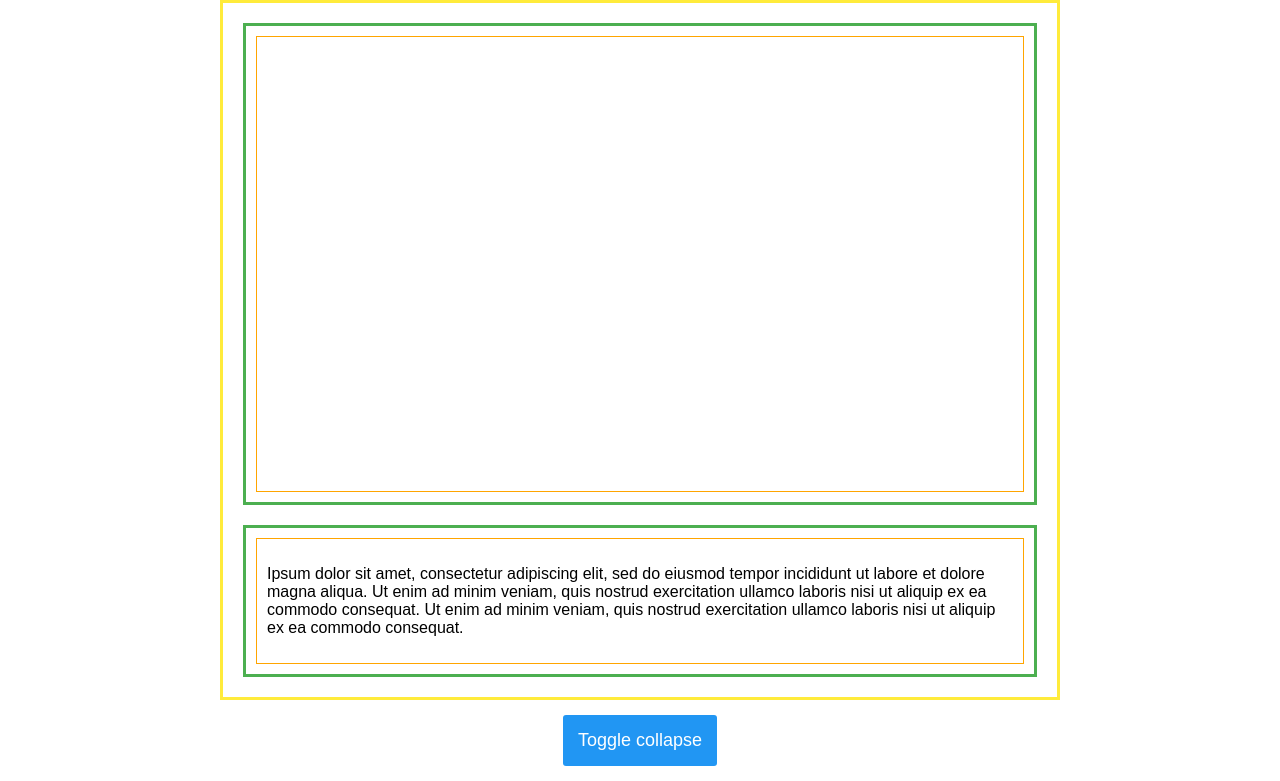
Repository: dsbarnes/groovy-blog
Page: index.html
An editor plug-in stored every save of this project. The page is shown before and after the next save, followed by the edit.
The browser window is 1280 px wide. The pictures show the whole page.
After loading, the first visible `#toggle-button` was clicked once.
An inner scrolling area shows only its first screen. The style sheet was rebuilt from its Sass, Less or Tailwind sources for each picture, by a compiler version that may differ from the author's.

Above is the page before, as saved 2020-05-09 12:54:35.

After the next save:
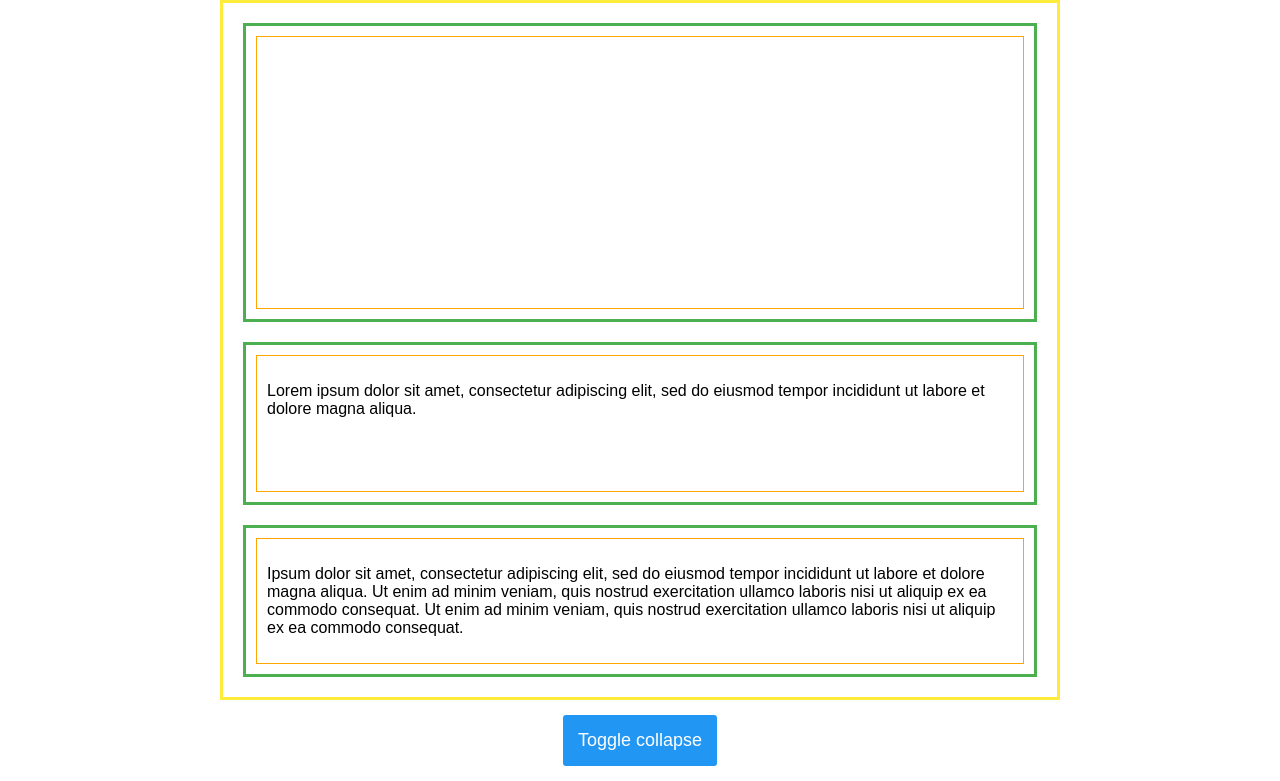
Console error: ReferenceError: key is not defined
Saved 3 min 11 s later.
--- a/index.js
+++ b/index.js
@@ -18,6 +18,11 @@
             console.log(sectionTextArea)
 
             console.log(frontendData)
+            for (key in Object.keys(frontendData)) {
+                element = document.createElement('p')
+                element.classList.add('fade-in')
+                element.innerHTML = frontendData[key]
+            }
 
             // Add overflow: scroll
             document.querySelector('.section-one')

After the 5 saves that followed:
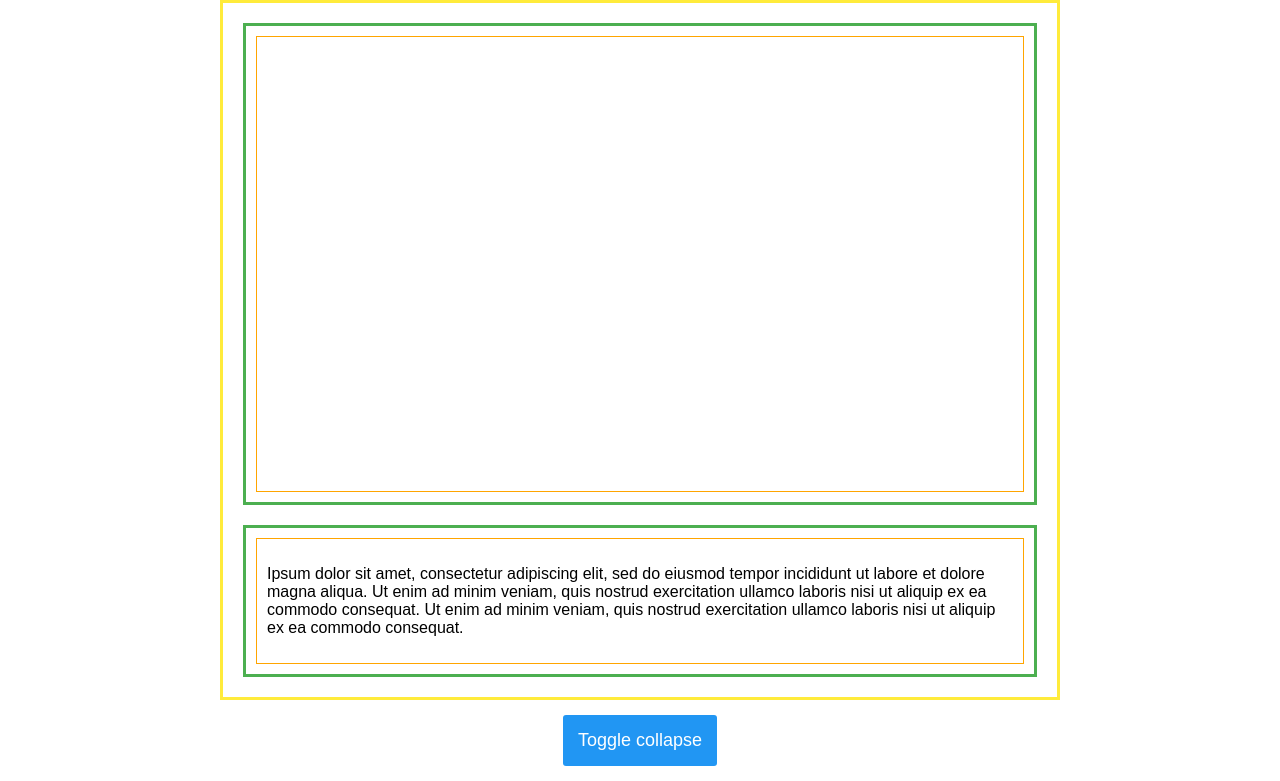
The error is gone.
The 5 saves are shown as one change because 4 left the picture as it was.
The last was saved 2 min 35 s later.
--- a/index.js
+++ b/index.js
@@ -14,14 +14,13 @@
             aboutText.style.display = 'none'
 
             const sectionTextArea = document.getElementById('articles-section-text')
-            sectionTextArea.classList.toggle('fade-in')
-            console.log(sectionTextArea)
 
             console.log(frontendData)
-            for (key in Object.keys(frontendData)) {
-                element = document.createElement('p')
+            for (const key in Object.keys(frontendData)) {
+                const element = document.createElement('p')
                 element.classList.add('fade-in')
                 element.innerHTML = frontendData[key]
+                sectionTextArea.appendChild(element)
             }
 
             // Add overflow: scroll
